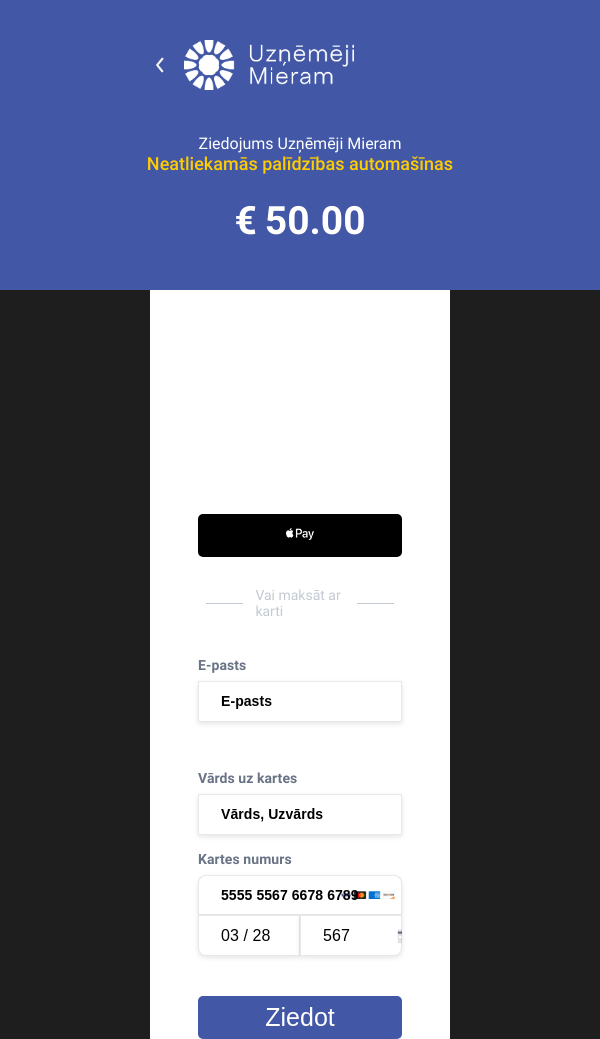
Repository: KatrinaPa/projekts_jul
Page: stripe.html
These files come from the project's save history. The page is drawn as it stood at one moment and after the next save; the edit follows.
The browser window is 600 px wide. The pictures show the whole page.

Above is the page before, as saved 2023-08-02 17:37:58.

### stripe.html
<!DOCTYPE html>
<html lang="en">

<head>
    <meta charset="UTF-8">
    <meta http-equiv="X-UA-Compatible" content="IE=edge">
    <meta name="viewport" content="width=device-width, initial-scale=1.0">
    <title>Stripe</title>
    <link rel="preconnect" href="https://fonts.googleapis.com">
    <link rel="preconnect" href="https://fonts.gstatic.com" crossorigin>
    <link href="https://fonts.googleapis.com/css2?family=Poppins:wght@300;400;500;600;700&display=swap"
        rel="stylesheet">
    <link rel="preconnect" href="https://fonts.googleapis.com">
    <link rel="preconnect" href="https://fonts.gstatic.com" crossorigin>
    <link href="https://fonts.googleapis.com/css2?family=Poppins:wght@300;400;500;600&display=swap" rel="stylesheet">
    <link rel="stylesheet" href="./assets/main.css" />
    <link rel="stylesheet" href="./assets/stripe-styles.css" />
    <link rel="stylesheet" href="https://cdnjs.cloudflare.com/ajax/libs/font-awesome/6.2.0/css/all.min.css" />
</head>

<body>

    <main>
        <div class="panel-2">
            <section class="section_left">
                <div class="wrapper_left">
                    <div class="logo-back"><a href="sakums.html">
                            <button class="back-btn">
                                <svg xmlns="http://www.w3.org/2000/svg" width="26" height="26" viewBox="0 0 26 26"
                                    fill="none">
                                    <path
                                        d="M15.2444 20.2912C15.0888 20.2917 14.935 20.2574 14.7944 20.1907C14.6538 20.124 14.53 20.0266 14.4319 19.9058L9.40066 13.6558C9.24745 13.4694 9.1637 13.2356 9.1637 12.9943C9.1637 12.753 9.24745 12.5192 9.40066 12.3328L14.609 6.08285C14.7858 5.87012 15.0399 5.73635 15.3153 5.71095C15.5908 5.68556 15.865 5.77062 16.0777 5.94743C16.2905 6.12424 16.4242 6.37832 16.4496 6.65376C16.475 6.9292 16.39 7.20345 16.2132 7.41618L11.5569 12.9995L16.0569 18.5828C16.1843 18.7357 16.2652 18.9219 16.2901 19.1194C16.315 19.3168 16.2827 19.5173 16.1973 19.697C16.1118 19.8767 15.9766 20.0282 15.8078 20.1335C15.6389 20.2388 15.4434 20.2935 15.2444 20.2912Z"
                                        fill="#F4F4F4" />
                                </svg>
                            </button>
                            <div>
                                <img src="assets/images/UM_logo_white.png" alt="UM_logo_white" id="logo-white">
                            </div>
                        </a></div>
                    <div class="donate-amount">
                        <p>Ziedojums Uzņēmēji Mieram<br>
                            <span>Neatliekamās palīdzības automašīnas</span>
                        </p>
                        <div>
                            <h2>€</h2>
                            <h2>50.00</h2>
                        </div>
                    </div>
                    <div class="terms-privacy">
                        <div>Powered by <img src="assets/images/stripe_wht.png" alt="Stripe" id="stripe_logo"></div>
                        <div class="centred-divid"></div>
                        <div class="terms">Terms</div>
                        <div class="privacy">Privacy</div>
                    </div>
                </div>
            </section>


            <section class="section_right">
                <div class="wrapper_right">
                    <button type="submit" class="button-ApplePay"><img src="assets/images/applePay.png" alt="ApplePay"
                            id="applePay-btn"></button>
                    <div class="pay-card-wrapper">
                        <div class="pay-card-line"></div>
                        <div class="pay-card">
                            <p>Vai maksāt ar karti</p>
                        </div>
                        <div class="pay-card-line"></div>
                    </div>

                    <div class="donor-details">
                        <form action="#">
                            <div class="input-details">
                                <label for="email">E-pasts</label>
                                <input type="email" placeholder="E-pasts" id="email" />
                            </div>
                            <div class="input-details">
                                <label for="name-onCard">Vārds uz kartes</label>
                                <input type="text" placeholder="Vārds, Uzvārds" id="name-onCard" />
                            </div>
                            <div class="input-card-details">
                                <label for="card-nr">Kartes numurs</label>
                                <input type="tel" placeholder="5555 5567 6678 6789" id="card-nr"
                                    class="input-icon-cards" />
                                <div>
                                    <input type="tel" placeholder="03 / 28" id="valid" />
                                    <input type="tel" placeholder="567" id="cvc" class="input-icon-cvc" />
                                </div>
                            </div>
                            <button type="submit" class="button-donate id=" donate-btn">Ziedot</button>
                        </form>
                    </div>
                </div>
            </section>

        </div>
    </main>


</body>

</html>

### assets/stripe-styles.css
.panel-2 {
    display: flex;
    flex-direction: row;
    justify-content: center;
}

.section_left {
    display: flex;
    justify-content: center;
    width: 50%;
    height: 62.69rem;
    background-color: #4257A6;
    font-family: Roboto;
    color: #ffffff;
}

.wrapper_left {
    display: flex;
    flex-direction: column;
    align-items: flex-start;
}

.logo-back {
    margin-top: 12rem;
}

.logo-back a {
    display: flex;
    gap: 0.7rem;
}

.back-btn {
    border: 0;
    background: transparent;
    padding: 0;
    cursor: pointer;
}

#logo-white {
    width: 10.625rem;
}

.donate-amount {
    display: flex;
    flex-direction: column;
    padding-left: 3rem;
}

.donate-amount p {
    font-size: 16px;
    font-weight: 400;
    margin: 3rem 3rem 0 0;
}

.donate-amount p span {
    font-size: 18px;
    font-weight: 500;
    color: #FFCC00;
}

.donate-amount div {
    display: flex;
    gap: 0.5rem;
}

.donate-amount h2 {
    font-size: 39px;
    font-weight: 600;
    margin-top: 0.5rem;
}

.terms-privacy {
    font-size: 12px;
    font-weight: 500;
    display: flex;
    gap: 1.5rem;
    margin-top: 16.7rem;
    width: 16rem;
    padding-left: 3rem;
}

.terms-privacy div:first-child {
    display: flex;
    justify-content: space-between;
    align-items: center;
}

.terms-privacy img {
    width: 33%;
}

.centred-divid {
    width: 1px;
    height: 1.25rem;
    background-color: #ffffff;
}

.terms,
.privacy {
    padding-top: 0.2rem;
    cursor: pointer;
}



.section_right {
    width: 50%;
    background-color: #ffffff;
    font-family: Roboto;
}

.wrapper_right {
    padding: 13rem 7.2rem 0 6.6rem;
}

.button-ApplePay {
    margin-top: 1rem;
    width: 100%;
    height: 2.69rem;
    max-width: 26.25rem;
    background-color: #000;
    border-radius: 5px;
    border: none;
    cursor: pointer;
}

.button-ApplePay img {
    width: 15%;
}

.pay-card-wrapper {
    display: flex;
    align-items: center;
    padding: 1rem 0.5rem 1.5rem 0.5rem;
    max-width: 25.2rem;
}

.pay-card {
    width: 100%;
    max-width: 26.25rem;
    margin: 0 1rem;
    display: flex;
    justify-content: center;
    font-size: 14px;
    font-weight: 400;
    color: #C3C9D1;
}

.pay-card-line {
    border-top: 1px solid #C3C9D1;
    width: 90%;
}

.section_right input {
    width: auto;
    max-width: 25.8rem;
    height: 2.3rem;
    border: solid 1px rgba(60, 66, 87, 0.12);
    box-shadow: 0px 2px 5px 0px rgba(0, 0, 0, 0.1);
    font-size: 14px;
    font-weight: 600;
    line-height: 22px;
    letter-spacing: 0.07px;
}

.section_right ::placeholder {
    padding: 0 1.25rem;
    color: #000;
}

.section_right label {
    color: #697386;
    font-size: 14px;
    font-weight: 600;
    letter-spacing: 0.07px;
}

form div:first-child {
    margin-bottom: 3rem;
}

.input-details {
    display: flex;
    flex-direction: column;
    gap: 0.5rem;
    margin-bottom: 1rem;
}

.input-card-details {
    gap: 0;
    display: flex;
    flex-direction: column;
}

.input-card-details label {
    margin-bottom: 0.5rem;
}

.input-card-details div {
    display: flex;
    flex-direction: row;
}

.input-card-details div input {
    width: 50%;
    max-width: 12.7rem;
    font-size: 16px;
    font-weight: 500;
}

.input-details input {
    margin: 0;
}

#card-nr {
    border-radius: 8px 8px 0 0;
}

#valid {
    border-radius: 0 0 0 8px;
}

#cvc {
    border-radius: 0 0 8px 0;
}

.input-icon-cards {
    background-image: url(images/cards.png);
    background-position: right center;
    background-size: 35%;
}

.input-icon-cvc {
    background-image: url("data:[embedded picture, 2812 characters]");
    background-position: 11rem center;
}

.donor-details input {
    background-repeat: no-repeat;
}

.button-donate {
    margin-top: 2.5rem;
    width: 100%;
    max-width: 26.25rem;
    background-color: #4257A6;
    color: #ffffff;
    font-size: 25px;
    font-weight: 500;
    height: 2.69rem;
    text-decoration: none;
    border-radius: 5px;
    border: none;
    cursor: pointer;
}

@media (min-width: 1370px) {
    .wrapper_right {
        padding: 13rem 10.5rem 0 6.6rem;
    }
}

@media (min-width: 1340px) {
    .wrapper_right {
        padding: 13rem 9.5rem 0 6.6rem;
    }
}

@media (min-width: 1300px) {
    .wrapper_right {
        padding: 13rem 8.5rem 0 6.6rem;
    }
}

@media screen and (max-width: 1279px) {

    .pay-card-line {
        width: 80%;
    }

    .input-icon-cvc {
        background-position: 9rem center;
    }

    .wrapper_right {
        padding: 13rem 7.5rem 0 5.6rem;
    }
}

@media screen and (max-width: 1120px) {

    .pay-card-line {
        width: 65%;
    }

    .input-icon-cvc {
        background-position: 8rem center;
    }

    .wrapper_right {
        padding: 13rem 6.5rem 0 5rem;
    }
}

@media (max-width: 1020px) {
    .input-icon-cvc {
        background-position: 7rem center;
    }

    .wrapper_right {
        padding: 13rem 5.5rem 0 4.5rem;
    }
}

@media (max-width: 952px) {

    .pay-card-line {
        width: 53%;
    }

    .pay-card {
        margin: 0 0.8rem;
    }

    .wrapper_right {
        padding: 13rem 4.4rem 0 4rem;
    }
}

@media (max-width: 832px) {

    .pay-card-line {
        width: 41%;
    }

    .input-icon-cvc {
        background-position: 6rem center;
    }

    .wrapper_right {
        padding: 13rem 3rem 0 3rem;
    }
}

@media (max-width: 804px) {

    .terms-privacy {
        margin-top: 15.5rem;
    }

    .input-icon-cards {
        background-size: 30%;
    }
}

@media screen and (max-width: 700px) {

    .panel-2 {
        flex-direction: column;
        align-items: center;
    }

    .section_left {
        height: 18.125rem;
        width: 100%;
    }

    .logo-back {
        margin-top: 2.5rem;
    }

    .donate-amount {
        padding-left: 0;
    }

    .donate-amount p {
        margin: 2.5rem 0 1rem 0;
        text-align: center;
    }

    .donate-amount div {
        justify-content: center;
    }



    .terms-privacy {
        display: none;
    }

}

Loaded but not shown: assets/main.css (1433 lines, source omitted)

After the next save:
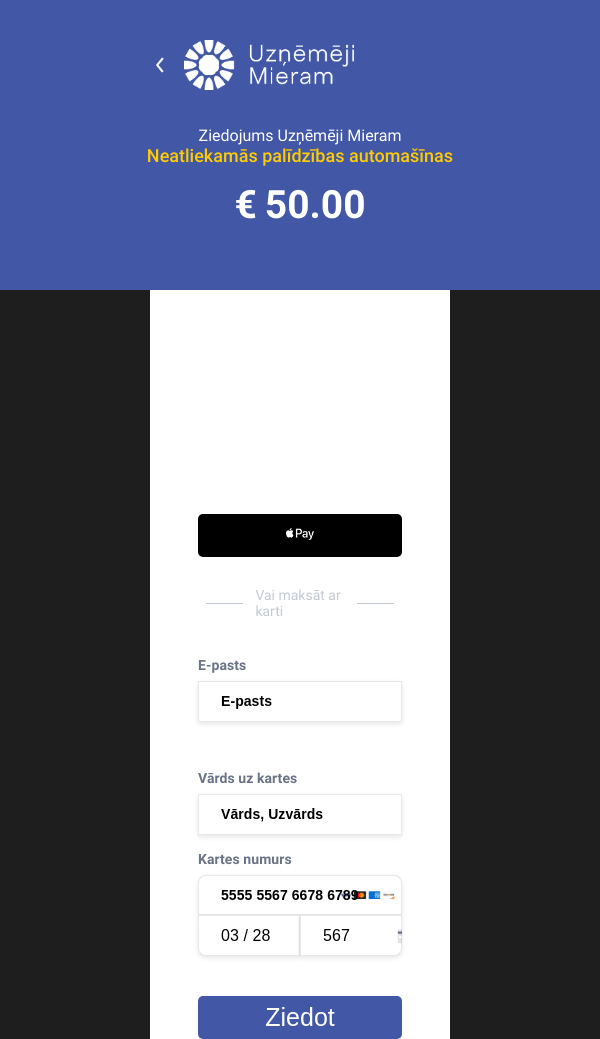
Saved 33 s later.
--- a/assets/stripe-styles.css
+++ b/assets/stripe-styles.css
@@ -374,7 +374,7 @@
     }
 
     .donate-amount p {
-        margin: 2.5rem 0 1rem 0;
+        margin: 2rem 0 0.5rem 0;
         text-align: center;
     }
 
